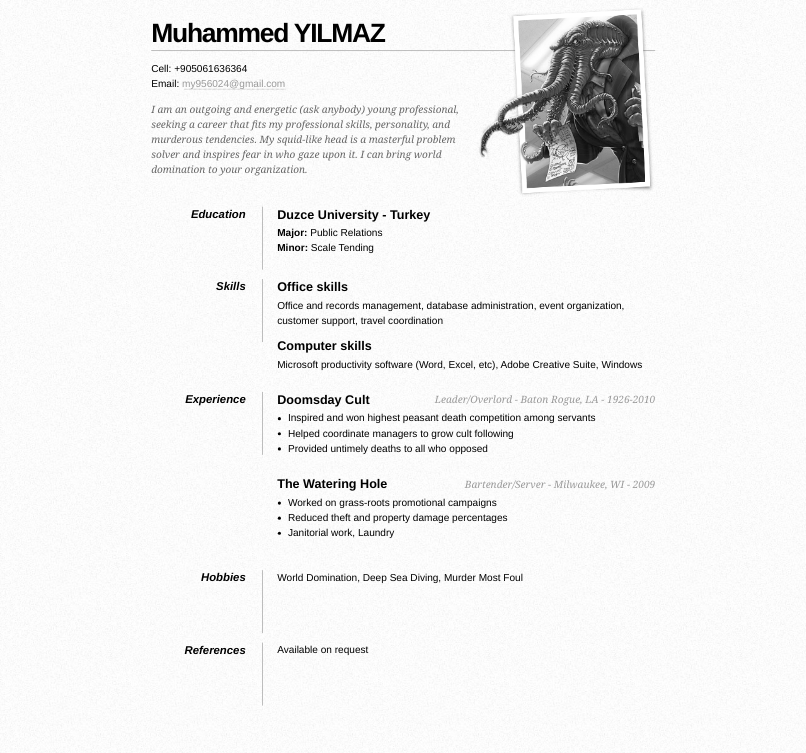
Repository: muhyilmaz/muhyilmaz.github.io
Page: index.html
These files come from the project's save history. The page is drawn as it stood at one moment and after the next save; the edit follows.
The browser window is 1280 px wide. The pictures show the whole page, at 63% of full size.

Above is the page before, as saved 2020-06-06 17:20:09.

### index.html
<!DOCTYPE html PUBLIC "-//W3C//DTD XHTML 1.0 Strict//EN"
"http://www.w3.org/TR/xhtml1/DTD/xhtml1-strict.dtd">

<html xmlns="http://www.w3.org/1999/xhtml" xml:lang="en" lang="en">

<head>
     <meta http-equiv="Content-Type" content="text/html; charset=utf-8"/>

     <title>One Page Resume</title>

     <style type="text/css">
        * { margin: 0; padding: 0; }
        body { font: 16px Helvetica, Sans-Serif; line-height: 24px; background: url(images/noise.jpg); }
        .clear { clear: both; }
        #page-wrap { width: 800px; margin: 40px auto 60px; }
        #pic { float: right; margin: -30px 0 0 0; }
        h1 { margin: 0 0 16px 0; padding: 0 0 16px 0; font-size: 42px; font-weight: bold; letter-spacing: -2px; border-bottom: 1px solid #999; }
        h2 { font-size: 20px; margin: 0 0 6px 0; position: relative; }
        h2 span { position: absolute; bottom: 0; right: 0; font-style: italic; font-family: Georgia, Serif; font-size: 16px; color: #999; font-weight: normal; }
        p { margin: 0 0 16px 0; }
        a { color: #999; text-decoration: none; border-bottom: 1px dotted #999; }
        a:hover { border-bottom-style: solid; color: black; }
        ul { margin: 0 0 32px 17px; }
        #objective { width: 500px; float: left; }
        #objective p { font-family: Georgia, Serif; font-style: italic; color: #666; }
        dt { font-style: italic; font-weight: bold; font-size: 18px; text-align: right; padding: 0 26px 0 0; width: 150px; float: left; height: 100px; border-right: 1px solid #999;  }
        dd { width: 600px; float: right; }
        dd.clear { float: none; margin: 0; height: 15px; }
     </style>
</head>

<body>

    <div id="page-wrap">

        <img src="images/cthulu.png" alt="Photo of Cthulu" id="pic" />

        <div id="contact-info" class="vcard">

            <!-- Microformats! -->

            <h1 class="fn">Muhammed YILMAZ</h1>

            <p>
                Cell: <span class="tel">+905061636364</span><br />
                Email: <a class="email" href="mailto:my956024@gmail.com">my956024@gmail.com</a>
            </p>
        </div>

        <div id="objective">
            <p>
                I am an outgoing and energetic (ask anybody) young professional, seeking a
                career that fits my professional skills, personality, and murderous tendencies.
                My squid-like head is a masterful problem solver and inspires fear in who gaze upon it.
                I can bring world domination to your organization.
            </p>
        </div>

        <div class="clear"></div>

        <dl>
            <dd class="clear"></dd>

            <dt>Education</dt>
            <dd>
                <h2>Duzce University - Turkey</h2>
                <p><strong>Major:</strong> Public Relations<br />
                   <strong>Minor:</strong> Scale Tending</p>
            </dd>

            <dd class="clear"></dd>

            <dt>Skills</dt>
            <dd>
                <h2>Office skills</h2>
                <p>Office and records management, database administration, event organization, customer support, travel coordination</p>

                <h2>Computer skills</h2>
                <p>Microsoft productivity software (Word, Excel, etc), Adobe Creative Suite, Windows</p>
            </dd>

            <dd class="clear"></dd>

            <dt>Experience</dt>
            <dd>
                <h2>Doomsday Cult <span>Leader/Overlord - Baton Rogue, LA - 1926-2010</span></h2>
                <ul>
                    <li>Inspired and won highest peasant death competition among servants</li>
                    <li>Helped coordinate managers to grow cult following</li>
                    <li>Provided untimely deaths to all who opposed</li>
                </ul>

                <h2>The Watering Hole <span>Bartender/Server - Milwaukee, WI - 2009</span></h2>
                <ul>
                    <li>Worked on grass-roots promotional campaigns</li>
                    <li>Reduced theft and property damage percentages</li>
                    <li>Janitorial work, Laundry</li>
                </ul>
            </dd>

            <dd class="clear"></dd>

            <dt>Hobbies</dt>
            <dd>World Domination, Deep Sea Diving, Murder Most Foul</dd>

            <dd class="clear"></dd>

            <dt>References</dt>
            <dd>Available on request</dd>

            <dd class="clear"></dd>
        </dl>

        <div class="clear"></div>

    </div>

</body>

</html>

After the next save:
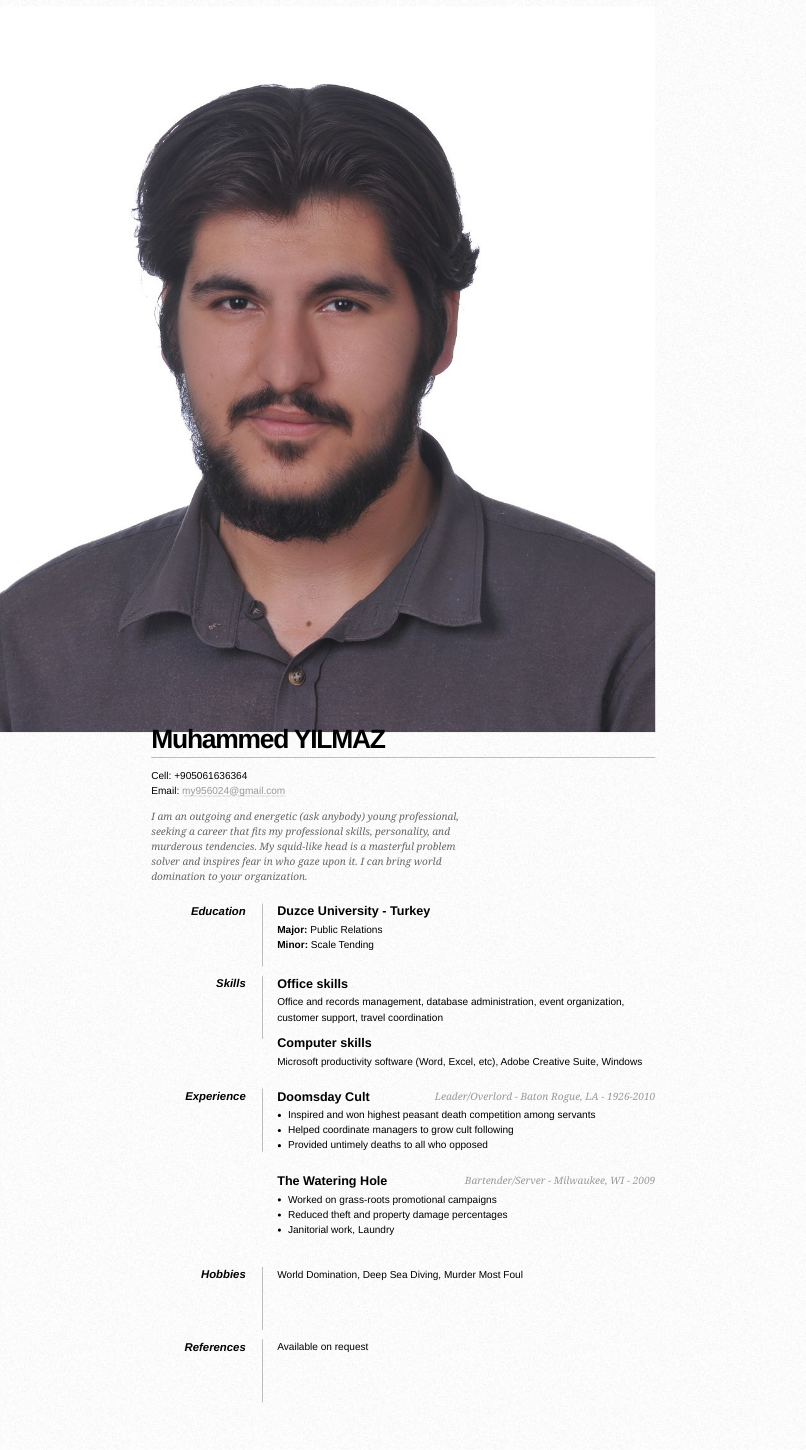
Saved 2 min 16 s later.
--- a/index.html
+++ b/index.html
@@ -33,7 +33,7 @@
 
     <div id="page-wrap">
 
-        <img src="images/cthulu.png" alt="Photo of Cthulu" id="pic" />
+        <img src="images/profile.jpg" alt="Photo of Cthulu" id="pic" />
 
         <div id="contact-info" class="vcard">
 
